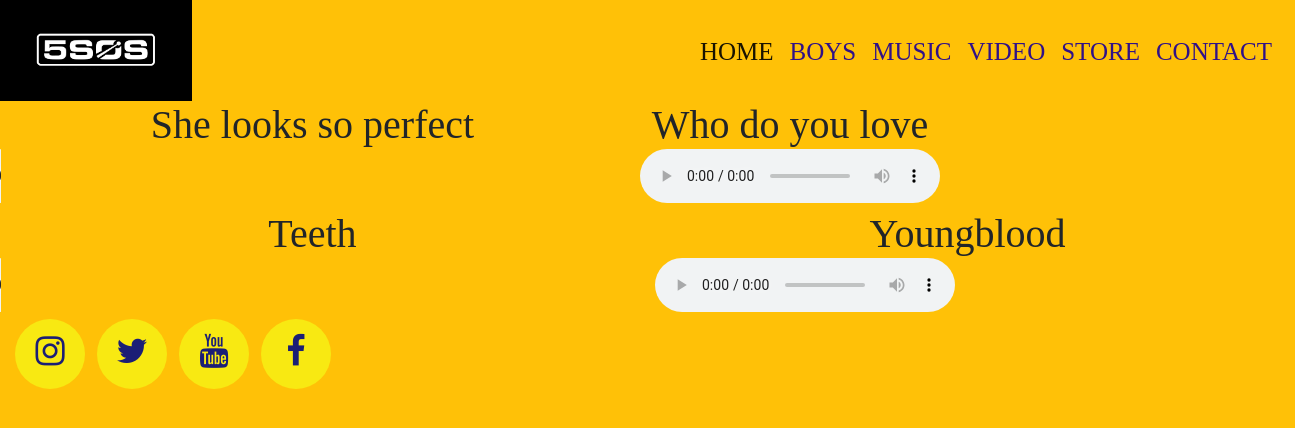
Repository: sun5lower/5SOS
Page: music.html
The author's editor kept a record of every edit. The page is drawn from the files as they stood at one moment, then again after the next edit.
The browser window is 1280 px wide. The page is 1295 px wide, so the pictures cover 1295 px, including what lies to the right of the window. The pictures show the whole page.

Above is the page before.

### music.html
<!DOCTYPE html>
<html lang="en">

<head>
    <meta charset="UTF-8">
    <meta name="viewport" content="width=device-width, initial-scale=1.0">
    <meta http-equiv="X-UA-Compatible" content="ie=edge">
    <link rel="stylesheet" href="https://stackpath.bootstrapcdn.com/bootstrap/4.3.1/css/bootstrap.min.css" type="text/css" />
    <link rel="stylesheet" href="https://stackpath.bootstrapcdn.com/font-awesome/4.7.0/css/font-awesome.min.css" type="text/css" />
    <link rel="stylesheet" href="https://cdnjs.cloudflare.com/ajax/libs/hover.css/2.3.1/css/hover-min.css" type="text/css" />
    <link rel="stylesheet" href="assets/css/style.css" type="text/css" />
    <script src="https://ajax.googleapis.com/ajax/libs/jquery/3.4.1/jquery.min.js"></script>
    <script src="https://maxcdn.bootstrapcdn.com/bootstrap/3.4.0/js/bootstrap.min.js"></script>
    <title>5sos</title>

</head>

<body>

    <!--Navigation-->

    <header class="container-fluid">
        <div class="row no-gutters">
            <div class="col-6 col-md-6">
                <a href=index.html><img src="assets/images/brand5.png" class="navbar-brand"></a>
            </div>
            <nav class="col-4 col-md-6 navbar navbar-expand-md navbar-light bg-dark sticky-top expand-md">
                <button class="navbar-toggler ml-auto" type="button" data-toggle="collapse" data-target="#navbarNavDropdown" aria-controls="navbarNavDropdown" aria-expanded="false" aria-label="Toggle navigation">
                    <span class="navbar-toggler-icon"></span>
                </button>
                <div class="collapse navbar-collapse" id="navbarNavDropdown">
                    <ul class="navbar-nav ml-auto">
                        <li class="nav-item active">
                            <a href="index.html" class="nav-link">HOME</a>
                        </li>
                        <li class="nav-item">
                            <a class="nav-link" href="boys.html">BOYS</a>
                        </li>
                        <li class="nav-item">
                            <a class="nav-link" href="music.html">MUSIC</a>
                        </li>
                        <li class="nav-item">
                            <a class="nav-link" href="video.html">VIDEO</a>
                        </li>
                        <li class="nav-item">
                            <a class="nav-link" href="store.html">STORE</a>
                        </li>
                        <li class="nav-item">
                            <a class="nav-link" href="contact.html">CONTACT</a>
                        </li>

                    </ul>
                </div>
            </nav>
        </div>
    </header>


    <!--Audio files-->
    <section>
        <div class="container-fluid">
            <div class="row music">
                <div class="col-md-6 col-sm-12 ">
                    <h1 class="title">She looks so perfect</h1>
                    <audio controls>
        <source src="assets/she-looks-so-perfect.mp3" type="audio/ogg">
 </audio>
                </div>
                <div class="col-md-6col-sm-12 ">
                    <h1 class="title">Who do you love</h1>
                    <audio controls>
        <h1 class="title">Youngblood</h1>
  <source src="assets/who-do-you-love.mp3" type="audio/ogg">

 </audio>
                </div>
                <div class="col-md-6 col-sm-12 ">
                    <h1 class="title">Teeth</h1>
                    <audio controls>
        <h1 class="title"> Youngblood</h1>
  <source src="assets/teeth.mp3" type="audio/ogg">
 </audio>
                </div>
                <div class="col-md-6 col-sm-12 ">
                    <h1 class="title">Youngblood</h1>
                    <audio controls>
        <source src="assets/youngblood.mp3" type="audio/ogg">
 </audio>
                </div>
</section>



    <div class="col-sm-4">

        <ul class="list-inline social-links">
            <li class="list-inline-item">
                <a target="_blank" href="https://www.instagram.com/5sos/">
                            <i class="fa fa-instagram" aria-hidden="true"></i>
                            <span class="sr-only">Instagram</span>
                        </a>
            </li>


            <li class="list-inline-item">
                <a target="_blank" href="#">
                            <i class="fa fa-twitter" aria-hidden="true"></i>
                            <span class="sr-only">Twitter</span>
                        </a>
            </li>

            <li class="list-inline-item">
                <a target="_blank" href="https://www.youtube.com/channel/UC-vKwDHcbPLtjml81ohGRng">
                            <i class="fa fa-youtube" aria-hidden="true"></i>
                            <span class="sr-only">YouTube</span>
                        </a>
            </li>
            <li class="list-inline-item">
                <a target="_blank" href="https://www.facebook.com/176437022408772/photos/2660836317302151/">
                            <i class="fa fa-facebook" aria-hidden="true"></i>
                            <span class="sr-only">Facebook</span>
                        </a>
            </li>
        </ul>

    </div>
    </div>
    </div>
    </div>


</body>

</html>

### assets/css/style.css
@import url('https://fonts.googleapis.com/css?family=Indie+Flower: 100,200,300,400,500,600,700,800');

/*----------------------------------------------------------Colors */



.uppercase {
    color: #8B1616;
}

.h1.display-2 {
    padding: 0;
    color: #F6EF12;
}

h1,h2,h3,h4 {
    margin: 0;
    text-align: center;
}

h3 {
   color: #F4570B;
   float: left;
}

body {
   background-color: #ffc107;
   font-family: Permanent marker;

}
.display-4 {
    color: #000000;
    text-transform: uppercase;
    font-family: Permanent marker;
    text-align: center;
}


.bg-dark {
    background-color: #ffc107!important;
}

.container-fluid {
    padding :0;
    margin: 0;
}

div.container-fluid.card {
    padding: 0;
    margin: 0;
}


/*----------------------------------------------------------Navbar  */

img.navbar-brand {
    padding: 0;
}

.a {
    font-size: 45px;
    color: #F4570B;
    text-decoration: none;
}



.navbar-brand {
   padding:  20;
   margin: 0;
   max-width: 30%;
   background-size: auto;
  background-position: center;
}

.navbar-light .navbar-nav .nav-link {
    color: #301188;
    font-family: Permanent Marker;
    font-size:25px;
}

.nav-item {
    height: 75px;
    text-align: center;
    padding: 0;
}

a.nav-link {
    font-weight: 500;
    color: #F6EF12;
    padding: 20px;
}


/* ---------------------------------------------------Hover.css */





/* ---------------------------------------------------Carousel */

.carousel-inner img {
    width: 100%;
    height: 100%;
}
#myCarousel {
    margin:0;
    padding: 0;
}
.carousel-item {
    position: relative;
    margin-right: -100%;
    width: 100%;
}

  /* ---------------------------------------------------Boys page */

img.card-img-top {
    background-color: #ffc107;
    size: auto;
    margin-top: 0;

}

.card {
    background-color: #ffc107;
    border-color: transparent;
    text-transform: capitalize;
    font-size: 28px;
    color: #1B1E76;

}

h4.card.title {
    font: bold;
    }

p.card-text {
    font-size: 20px;
}



/* ---------------------------------------------------Jumbotron */

.row.jumbotron {
    text-transform: capitalize;
    font-size: 25px;
    color: #1B1E76;
    background-color: #ffc107;
    font-family: cute font;
    text-align: center;
    margin-left: 40px;
    position: relative;
}


/* ---------------------------------------------------Footer */




 .social-links li a i {
    width: 70px;
    height: 70px;
    padding: 30px 0;
    border-radius: 100%;
    font-size: 34px;
    line-height: 4px;
    text-align: center;
    color: #1B1E76;
    background: #F8E912;
    transition:  0.35s ease-in-out;
    -moz-transition: all 0.35s ease-in-out;
    -webkit-transition: all 0.35s ease-in-out;
    -o-transition: all 0.35s ease-in-out;
}

.social-links li a i:hover {
    background: #C0C0C0;

}
.social {
    padding-bottom: 40px;
    padding-top: 45px;
}

/* ---------------------------------------------------Video */




.videoFrame {
  width:100%;
}

.videoFrame iframe{
   margin: 0 auto;
   display: block;
   width: 560px;
}
/* ---------------------------------------------------Audio */

.audio-file {
    text-align: center;
    margin: auto;
    color: #1B1E76;
}

.audio {
   filter: sepia(20%) saturate(70%) grayscale(1) contrast(99%) invert(12%);

}

body
* {box-sizing: border-box;}

input[type=text], select, textarea {
  width: 100%;
  padding: 12px;
  border: 1px solid #ccc;
  border-radius: 4px;
  box-sizing: border-box;
  margin-top: 6px;
  margin-bottom: 16px;
  resize: vertical;
}

input[type=submit] {
  background-color:  #ffc107;
  color: white;
  padding: 12px 20px;
  border: none;
  border-radius: 4px;
  cursor: pointer;
}

input[type=submit]:hover {
  background-color: #45a049;
}

.container {
  border-radius: 5px;
  background-color:  #ffc107;
  padding: 0;
}

After the next edit:
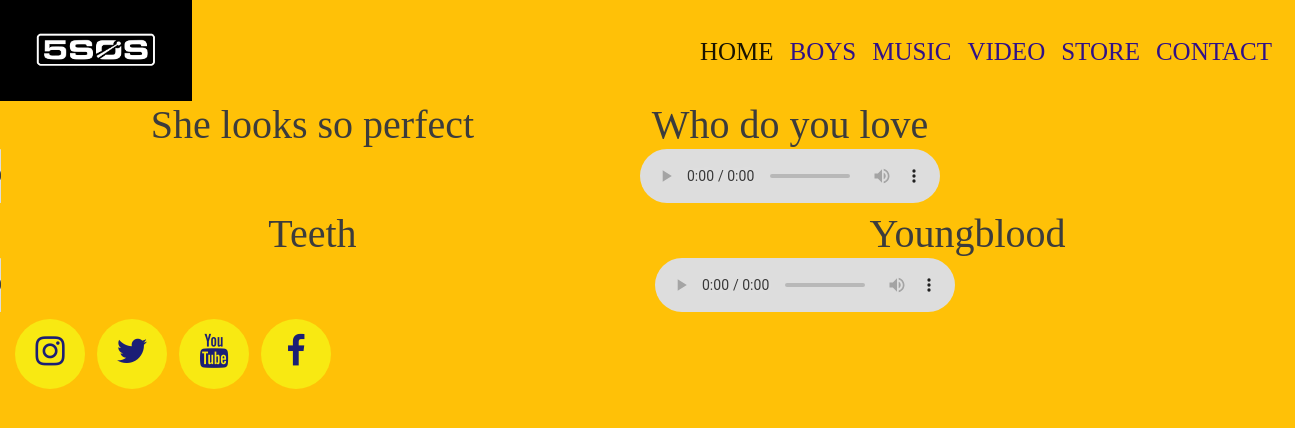
The edit:
--- a/music.html
+++ b/music.html
@@ -58,8 +58,8 @@
 
     <!--Audio files-->
     <section>
-        <div class="container-fluid">
-            <div class="row music">
+        <div class="container-fluid audio">
+            <div class="row music ">
                 <div class="col-md-6 col-sm-12 ">
                     <h1 class="title">She looks so perfect</h1>
                     <audio controls>
